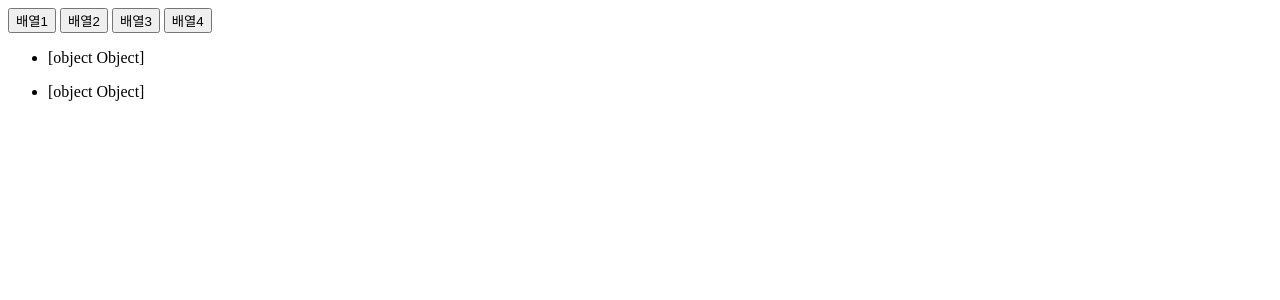
Repository: sagong0/servelet_home
Page: web/src/main/webapp/a1.html
The author's editor kept a copy of each file at every save. The page is drawn from the files as they stood at one save, then again after the next save.
The browser window is 1280 px wide. The pictures show the whole page.
After loading, the first visible `input[onclick="secondfunc()"]` was clicked once.

Above is the page before, as saved 2023-08-09 12:20:51.

### web/src/main/webapp/a1.html
<!DOCTYPE html>
<html>
<head>
<meta charset="UTF-8">
<title>Insert title here</title>
</head>
<body>
	<input type="button" value="배열1" onclick="firstfunc()">
	<input type="button" value="배열2" onclick="secondfunc()">
	<input type="button" value="배열3" onclick="thirdfunc()">
	<input type="button" value="배열4" onclick="fourthfunc()">

	<div id="area">

	</div>

	<script>
		function firstfunc(){
			var data = {
				"myinfo1" : ["홍길동","25", "hong@nate.com"],
				"myinfo2" : ["김","21", "kim@nate.com"]
			}
			console.log(data);
		}

		function secondfunc(){
			var data = {
				"myinfo" : [
				{
					"id" : "hong",
					"name" : "홍길동",
					"age" : "25"
				},
				{
					"id" : "kim",
					"name" : "김기꾼길동",
					"age" : "98"
				}
				]
			};
			console.log(data);
			var no = 0;
			var datalength = data.myinfo.length;
			console.log(datalength)

			while(no < datalength){
				var html = document.getElementById("area");
				html.innerHTML += `<ul>
					<li>${data.myinfo[no]}</li>
				</ul>`;
				no++;
			}
		}
	</script>

</body>
</html>

After the next save:
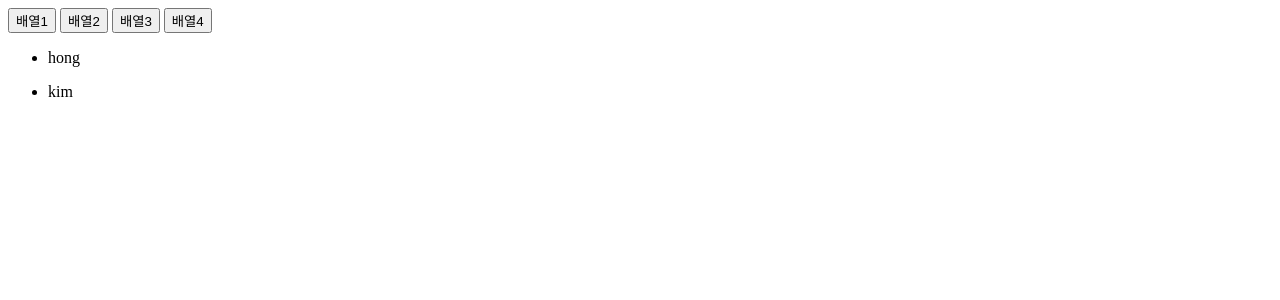
Saved 46 s later.
--- a/web/src/main/webapp/a1.html
+++ b/web/src/main/webapp/a1.html
@@ -46,7 +46,7 @@
 			while(no < datalength){
 				var html = document.getElementById("area");
 				html.innerHTML += `<ul>
-					<li>${data.myinfo[no]}</li>
+					<li>${data.myinfo[no]["id"]}</li>
 				</ul>`;
 				no++;
 			}
